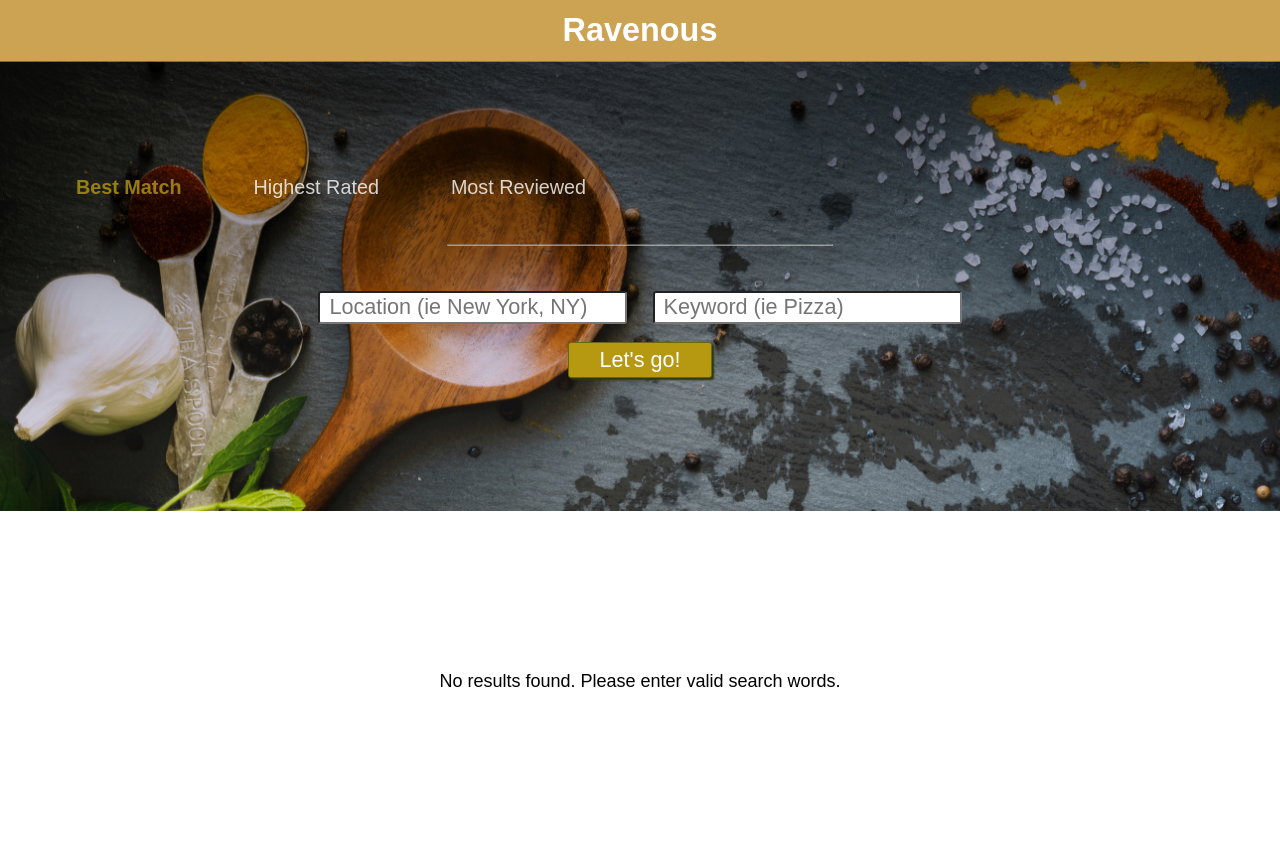
Repository: LolaSL/Ravenous
Page: /
The author's editor kept a copy of each file at every save. The page is drawn from the files as they stood at one save, then again after the next save.
The browser window is 1280 px wide. The pictures show the whole page.
The page's requests for data from a server got no answer. The project was rebuilt for these pictures with package versions that can differ from the ones it lists, and the page was loaded fresh each time. No one was signed in, and anything a server would have sent is missing. Also part of the build but not shown: src/Business/Business.js.

Above is the page before, as saved 2024-03-24 12:09:50.

After the next save:
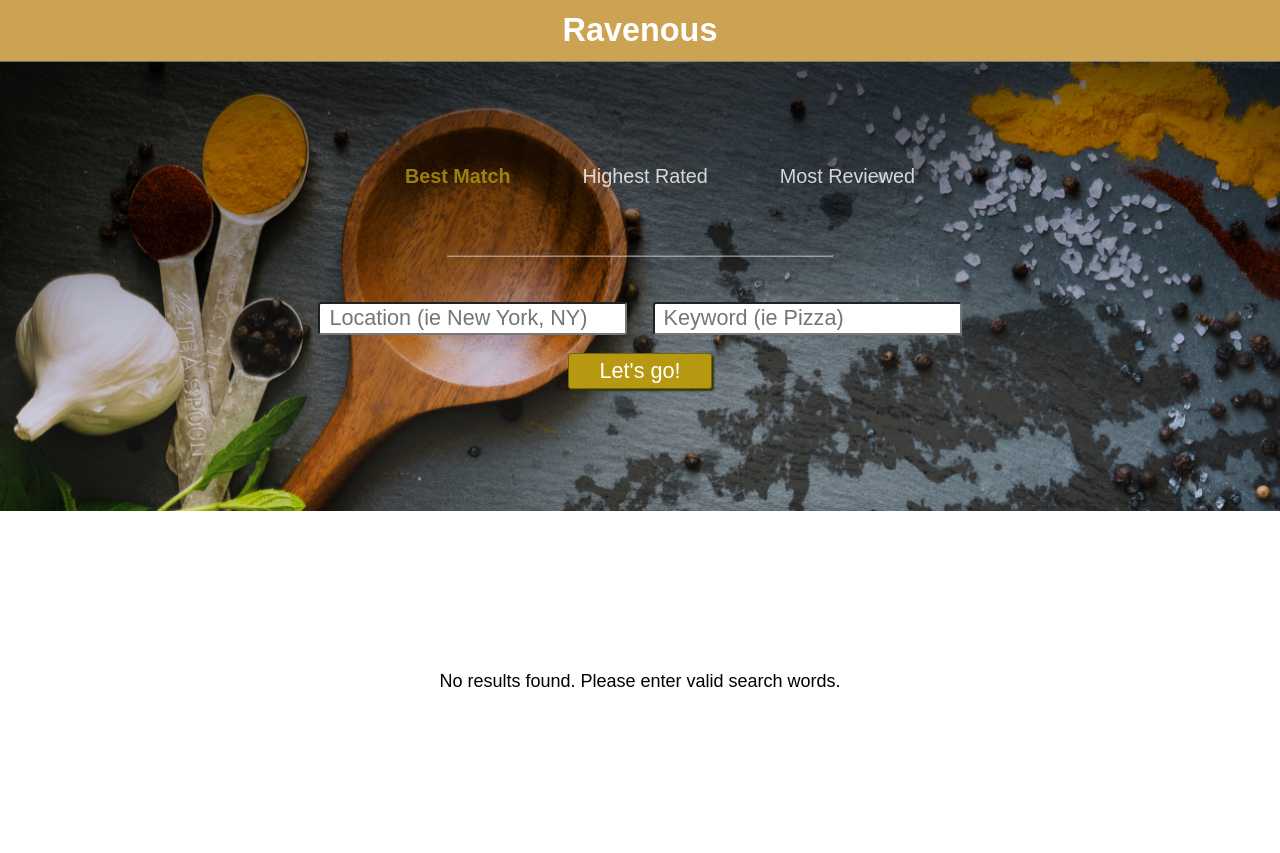
Saved 26 s later.
--- a/src/SearchBar/SearchBar.css
+++ b/src/SearchBar/SearchBar.css
@@ -8,7 +8,7 @@
   height: 25rem;
 }
 
-#sort-options ul {
+#sort-options {
   display: flex;
   justify-content: center;
   margin-bottom: 2.22rem;
